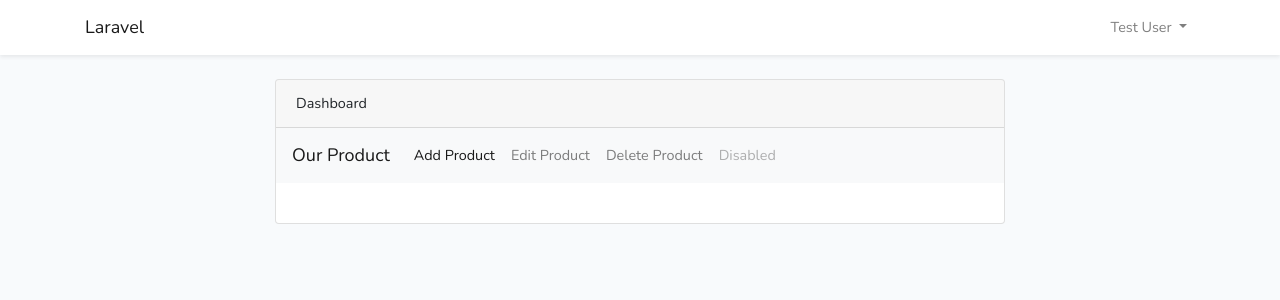
Repository: Fateen980/Tawfiq
Page: http://localhost/addProduct
These files come from the project's save history. The page is drawn as it stood at one moment and after the next save; the edit follows.
The browser window is 1280 px wide. The pictures show the whole page.
The page is served by the project's Laravel application, run on PHP 8.4 with Laravel 8. A made-up administrator, Test User (test@example.com), is signed in. Other server files are loaded and not shown.

Above is the page before, as saved 2020-09-17 08:08:44.

### routes/web.php
<?php

use Illuminate\Support\Facades\Route;

/*
|--------------------------------------------------------------------------
| Web Routes
|--------------------------------------------------------------------------
|
| Here is where you can register web routes for your application. These
| routes are loaded by the RouteServiceProvider within a group which
| contains the "web" middleware group. Now create something great!
|
*/

Route::get('/', function () {
    return view('welcome');
});




Auth::routes();

Route::get('/home', 'HomeController@index')->name('home');

Auth::routes();

Route::get('/addProduct', 'HomeController@addProduct')->name('addProduct');

### app/Http/Controllers/HomeController.php
<?php

namespace App\Http\Controllers;

use Illuminate\Http\Request;

class HomeController extends Controller
{
    /**
     * Create a new controller instance.
     *
     * @return void
     */
    public function __construct()
    {
        $this->middleware('auth');
    }

    /**
     * Show the application dashboard.
     *
     * @return \Illuminate\Contracts\Support\Renderable
     */
    public function index()
    {
        return view('home');
    }

    public function addProduct(){

        return view('addProduct');

    }


    public function editProduct(){

        return view('editProduct');

    }

    public function deleteProduct(){

        return view('deleteProduct');

    }


}

### resources/views/addProduct.blade.php
@extends('layouts.app')

@section('content')
<div class="container">
    <div class="row justify-content-center">
        <div class="col-md-8">
            <div class="card">
                <div class="card-header">{{ __('Dashboard') }}</div>


<nav class="navbar navbar-expand-lg navbar-light bg-light">
  <a class="navbar-brand" href="{{ url('/home') }}">Our Product</a>
  <button class="navbar-toggler" type="button" data-toggle="collapse" data-target="#navbarNav" aria-controls="navbarNav" aria-expanded="false" aria-label="Toggle navigation">
    <span class="navbar-toggler-icon"></span>
  </button>
  <div class="collapse navbar-collapse" id="navbarNav">
    <ul class="navbar-nav">
      <li class="nav-item active">
        <a class="nav-link" href="{{ url('/addProduct') }}">Add Product <span class="sr-only">(current)</span></a>
      </li>
      <li class="nav-item">
        <a class="nav-link" href="{{ url('/editProduct') }}">Edit Product</a>
      </li>
      <li class="nav-item">
        <a class="nav-link" href="{{ url('/deleteProduct') }}">Delete Product</a>
      </li>
      <li class="nav-item">
        <a class="nav-link disabled" href="#">Disabled</a>
      </li>
    </ul>
  </div>
</nav>



                <div class="card-body">
                    @if (session('status'))
                        <div class="alert alert-success" role="alert">
                            {{ session('status') }}
                        </div>
                    @endif


                </div>
            </div>
        </div>
    </div>
</div>
@endsection

### resources/views/layouts/app.blade.php
<!doctype html>
<html lang="{{ str_replace('_', '-', app()->getLocale()) }}">
<head>
    <meta charset="utf-8">
    <meta name="viewport" content="width=device-width, initial-scale=1">

    <!-- CSRF Token -->
    <meta name="csrf-token" content="{{ csrf_token() }}">

    <title>{{ config('app.name', 'Product') }}</title>

    <!-- Scripts -->
    <script src="{{ asset('js/app.js') }}" defer></script>

    <!-- Fonts -->
    <link rel="dns-prefetch" href="//fonts.gstatic.com">
    <link href="https://fonts.googleapis.com/css?family=Nunito" rel="stylesheet">

    <!-- Styles -->
    <link href="{{ asset('css/app.css') }}" rel="stylesheet">
</head>
<body>
    <div id="app">
        <nav class="navbar navbar-expand-md navbar-light bg-white shadow-sm">
            <div class="container">
                <a class="navbar-brand" href="{{ url('/') }}">
                    {{ config('app.name', 'Product') }}
                </a>
                <button class="navbar-toggler" type="button" data-toggle="collapse" data-target="#navbarSupportedContent" aria-controls="navbarSupportedContent" aria-expanded="false" aria-label="{{ __('Toggle navigation') }}">
                    <span class="navbar-toggler-icon"></span>
                </button>

                <div class="collapse navbar-collapse" id="navbarSupportedContent">
                    <!-- Left Side Of Navbar -->
                    <ul class="navbar-nav mr-auto">

                    </ul>

                    <!-- Right Side Of Navbar -->
                    <ul class="navbar-nav ml-auto">
                        <!-- Authentication Links -->
                        @guest
                            <li class="nav-item">
                                <a class="nav-link" href="{{ route('login') }}">{{ __('Login') }}</a>
                            </li>
                            @if (Route::has('register'))
                                <li class="nav-item">
                                    <a class="nav-link" href="{{ route('register') }}">{{ __('Register') }}</a>
                                </li>
                            @endif
                        @else
                            <li class="nav-item dropdown">
                                <a id="navbarDropdown" class="nav-link dropdown-toggle" href="#" role="button" data-toggle="dropdown" aria-haspopup="true" aria-expanded="false" v-pre>
                                    {{ Auth::user()->name }}
                                </a>

                                <div class="dropdown-menu dropdown-menu-right" aria-labelledby="navbarDropdown">
                                    <a class="dropdown-item" href="{{ route('logout') }}"
                                       onclick="event.preventDefault();
                                                     document.getElementById('logout-form').submit();">
                                        {{ __('Logout') }}
                                    </a>

                                    <form id="logout-form" action="{{ route('logout') }}" method="POST" class="d-none">
                                        @csrf
                                    </form>
                                </div>
                            </li>
                        @endguest
                    </ul>
                </div>
            </div>
        </nav>

        <main class="py-4">
            @yield('content')
        </main>
    </div>
</body>
</html>

Loaded but not shown: app/Http/Controllers/Auth/LoginController.php (common file); app/Http/Controllers/Controller.php (common file); app/Http/Controllers/Auth/ConfirmPasswordController.php (common file); app/User.php (common file); public/css/app.css (library)

After the next save:
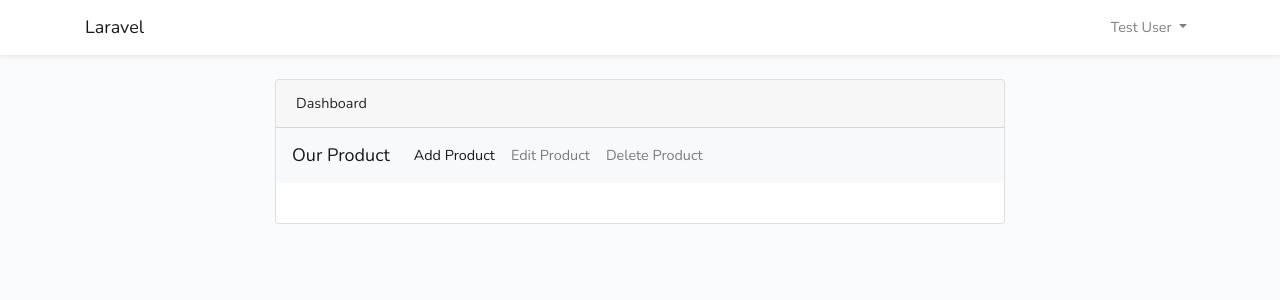
Saved 16 s later.
--- a/resources/views/addProduct.blade.php
+++ b/resources/views/addProduct.blade.php
@@ -24,9 +24,6 @@
       <li class="nav-item">
         <a class="nav-link" href="{{ url('/deleteProduct') }}">Delete Product</a>
       </li>
-      <li class="nav-item">
-        <a class="nav-link disabled" href="#">Disabled</a>
-      </li>
     </ul>
   </div>
 </nav>
